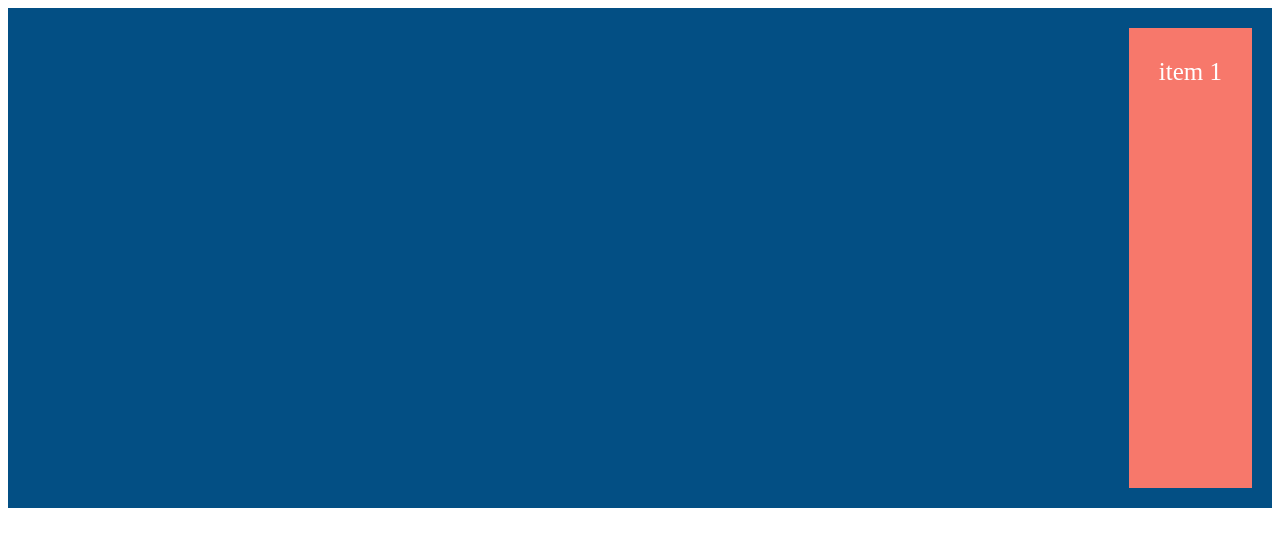
Repository: mehmetbuber38/flex
Page: flex-margin.html
An editor plug-in stored every save of this project. The page is shown before and after the next save, followed by the edit.
The browser window is 1280 px wide. The pictures show the whole page.

Above is the page before, as saved 2022-01-31 21:33:46.

### flex-margin.html
<!DOCTYPE html>
<html lang="en">

<head>
    <meta charset="UTF-8">
    <meta http-equiv="X-UA-Compatible" content="IE=edge">
    <meta name="viewport" content="width=device-width, initial-scale=1.0">
    <title>Flex Container</title>
</head>
<style>
    .container {
        display: flex;

        height: 500px;
        background-color: #034f84;
        /* align-items: center;
        justify-content: center; */


    }

    .item {
        background-color: #f7786b;
        padding: 30px;
        margin: 20px;
        color: #fff;
        font-size: 25px;
        /* margin: auto; */
        /* margin-top: auto; */
        /* margin-bottom: auto; */
        /* margin-right: auto; */
        margin-left: auto;
    }
</style>

<body>
    <div class="container">
        <div class="item item-1">item 1</div>
        <!-- <div class="item item-2">item 2</div> -->


    </div>

</body>

</html>

After the next save:
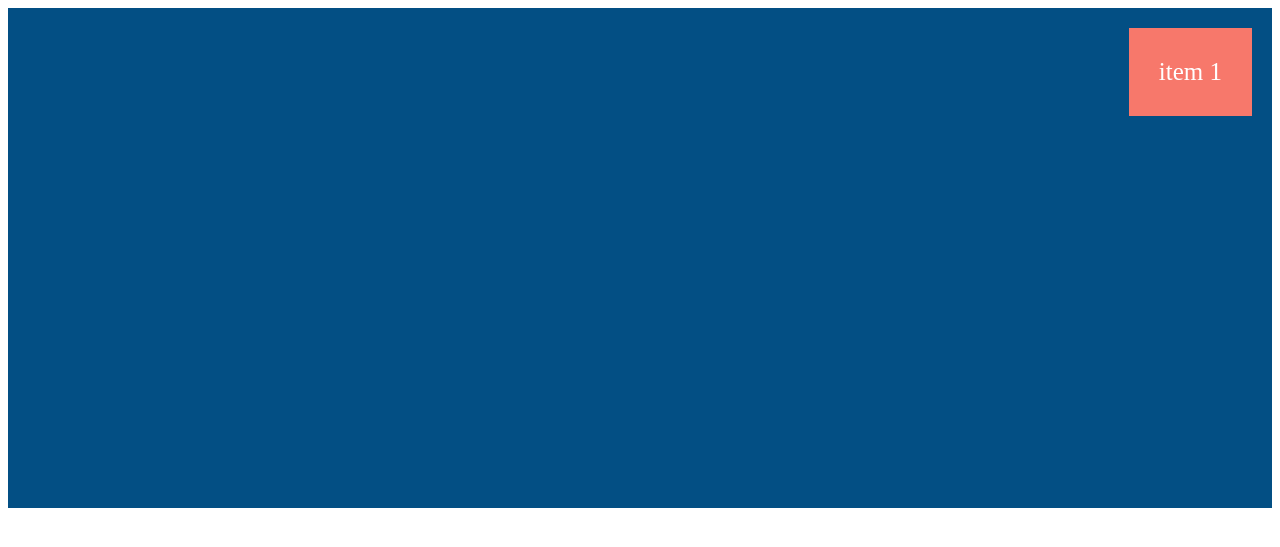
Saved 46 s later.
--- a/flex-margin.html
+++ b/flex-margin.html
@@ -30,6 +30,7 @@
         /* margin-bottom: auto; */
         /* margin-right: auto; */
         margin-left: auto;
+        margin-bottom: auto;
     }
 </style>
 
